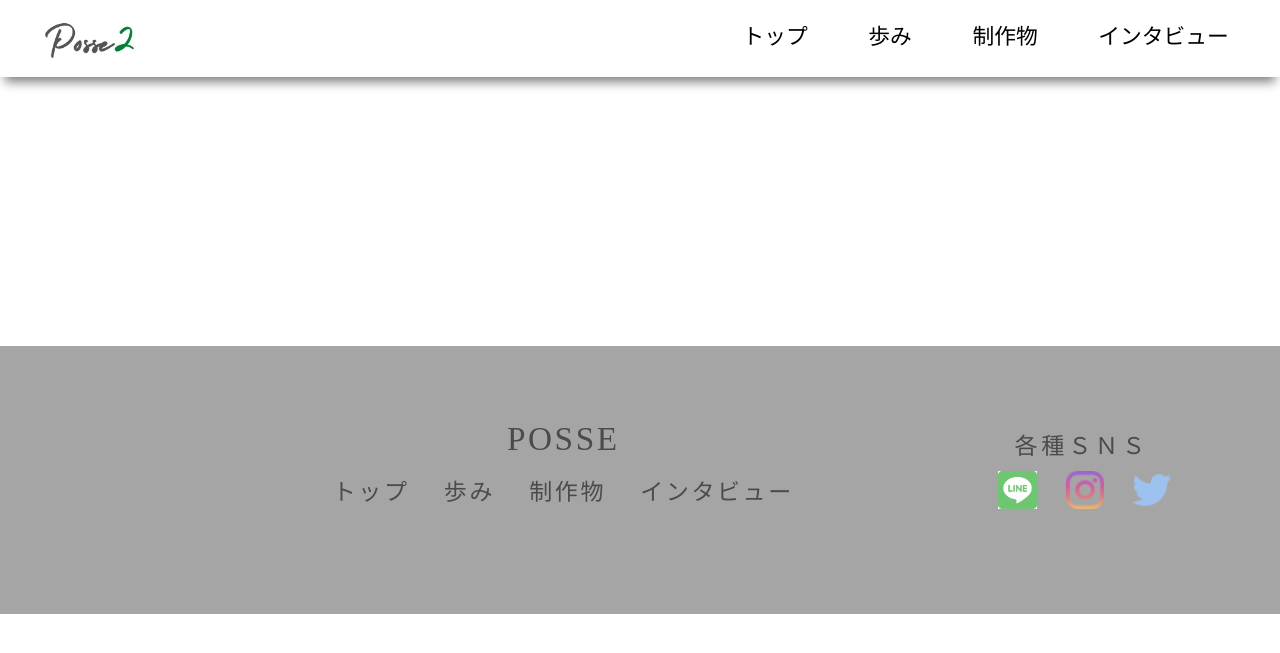
Repository: posse-ap/posse2-hackathon-202202-team2A
Page: topPage/index.html
The author's editor kept a copy of each file at every save. The page is drawn from the files as they stood at one save, then again after a run of saves.
The browser window is 1280 px wide. The pictures show the whole page.

Above is the page before, as saved 2022-02-15 02:50:36.

After the next 3 saves:
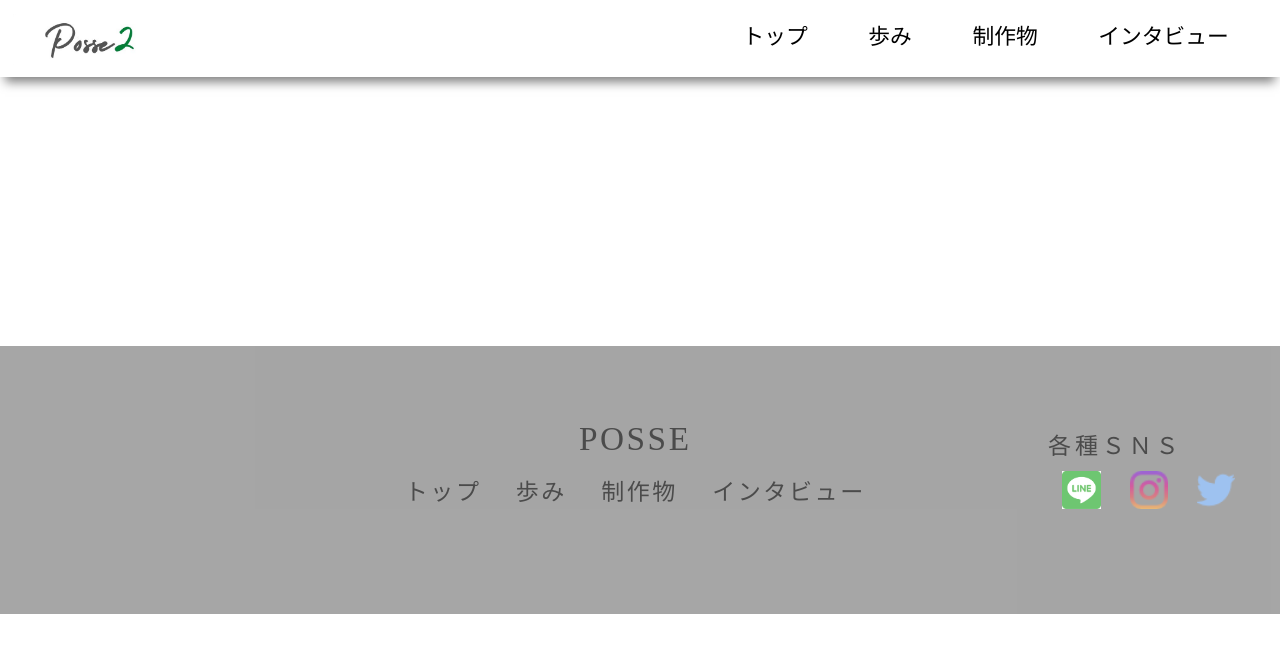
The 3 saves are shown as one change because they came seconds apart.
The last was saved 27 s later.
--- a/topPage/style.css
+++ b/topPage/style.css
@@ -68,6 +68,7 @@ body {
 
 .SNS_box{
     width: 150%;
+    margin-right: 3rem;
 }
 
 
@@ -343,10 +344,10 @@ h3 {
 }
 
 .footer_box {
-    width: 65%;
+    width: 75%;
     height: 15rem;
     display: flex;
-    justify-content: space-between;
+    justify-content: space-around;
     padding: 6rem 0 0 0;
     position: relative;
     right: -23%;
@@ -377,7 +378,7 @@ h3 {
 }
 
 .SNS {
-    width: 20%;
+    width: 14%;
 }
 
 .SNS_box a {
@@ -399,7 +400,6 @@ h3 {
     font-size: 1.8rem;
     margin: 1rem 0;
     letter-spacing: 0.3rem;
-    width: 19rem;
 }
 
 /* .SNS p:hover {
